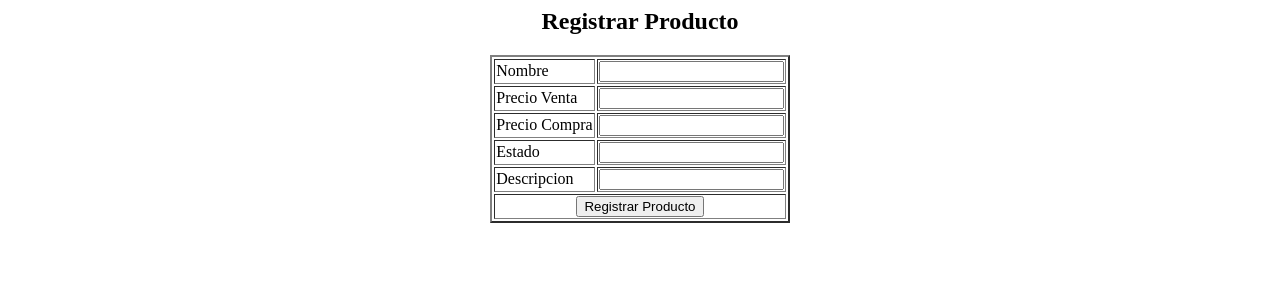
Repository: stephaniee04/LPII_CL2_eusebiogarrostephanie
Page: http://localhost/LPII_CL2_EUSEBIOGARROSTEPHANIE/RegistrarProductos.jsp
An editor plug-in stored every save of this project. The page is shown before and after the next save, followed by the edit.
The browser window is 1280 px wide. The pictures show the whole page.
The page is served by Tomcat 9. Other server files are loaded and not shown.

Above is the page before, as saved 2024-06-22 23:39:04.

### LPII_CL2_EUSEBIOGARROSTEPHANIE/src/main/webapp/RegistrarProductos.jsp
<html>
<body>
<h2 align="center">Registrar Producto</h2>

<form action="ControladorProducto" method="post">
<table border="2" align="center">
<tr>
<td>Nombre</td>
<td><input type="text" name="nombre"></td>
</tr>
<tr>
<td>Precio Venta</td>
<td><input type="number" name="precioVenta"></td>
</tr>
<tr>
<td>Precio Compra</td>
<td><input type="number" name="precioCompra"></td>
</tr>
<tr>
<td>Estado</td>
<td><input type="text" name="estado"></td>
</tr>
<tr>
<td>Descripcion</td>
<td><input type="text" name="descripcion"></td>
</tr>

<tr>
<td colspan="2"  align="center" >
<input type="submit" value="Registrar Producto">
</td>
</tr>
</table>
</form>
</body>
</html>

After the next save:
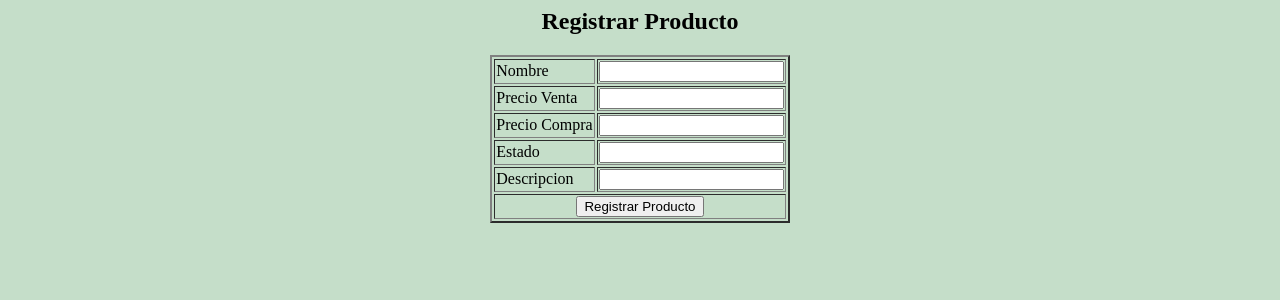
Saved 10 s later.
--- a/LPII_CL2_EUSEBIOGARROSTEPHANIE/src/main/webapp/RegistrarProductos.jsp
+++ b/LPII_CL2_EUSEBIOGARROSTEPHANIE/src/main/webapp/RegistrarProductos.jsp
@@ -1,5 +1,5 @@
 <html>
-<body>
+<body bgcolor="#c5dec9">
 <h2 align="center">Registrar Producto</h2>
 
 <form action="ControladorProducto" method="post">
